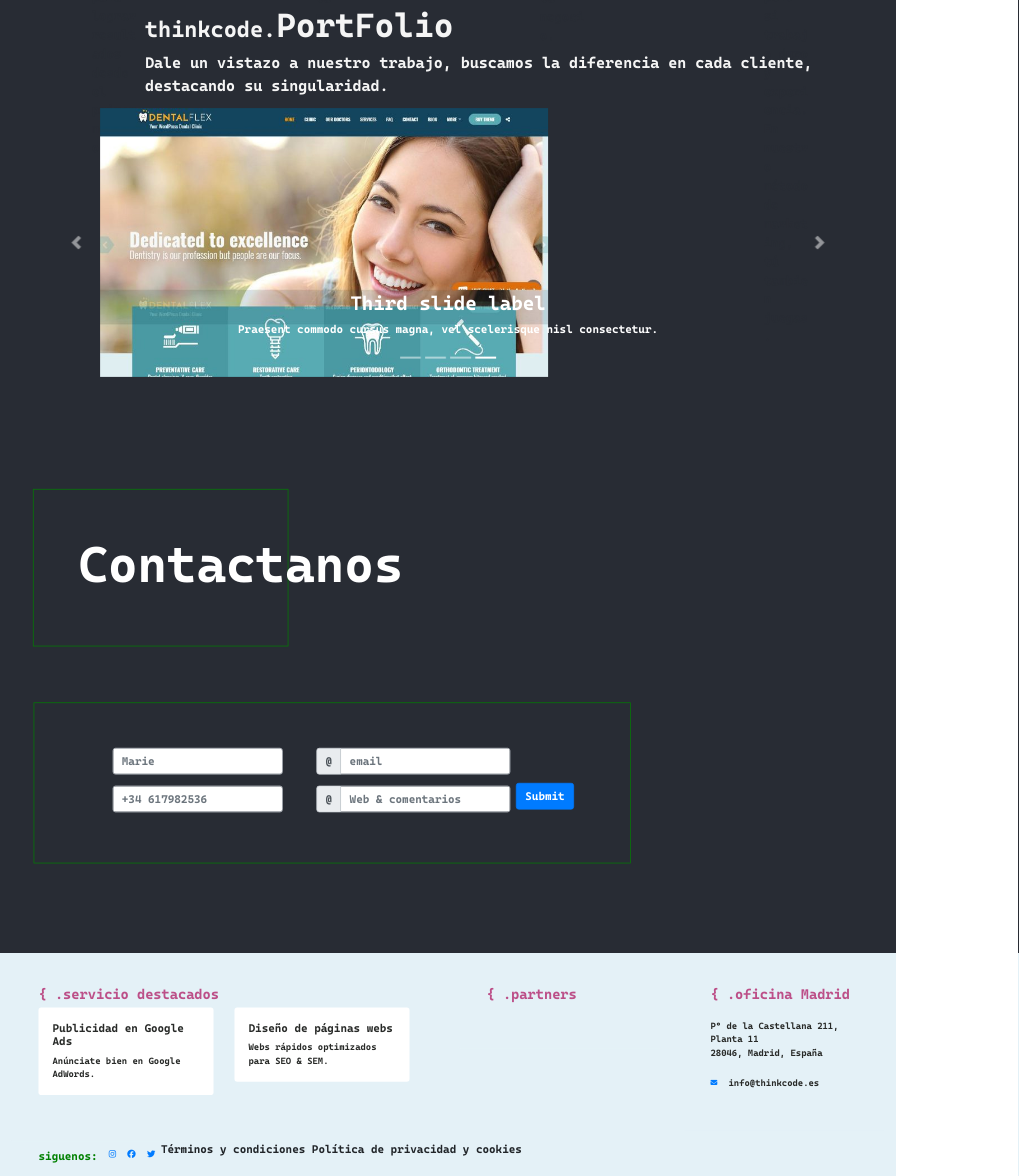
Repository: banchiec/thinkcode
Page: /
An editor plug-in stored every save of this project. The page is shown before and after the next save, followed by the edit.
The browser window is 1280 px wide. The page is 1455 px wide, so the pictures cover 1455 px, including what lies to the right of the window. The pictures show the part of the page from y = 2229 to 3909 px (the page is 3909 px tall before and 3605 px after), at 70% of full size.
Some web libraries are served in a nearby version. The project was rebuilt for these pictures with package versions that can differ from the ones it lists, and the page was loaded fresh each time. A package was used in the major version that the imports need, not the one package.json lists. Also part of the build but not shown: src/components/MenuItems.js, src/components/Dropdownthink.css, src/components/Dropdownthink.js, src/components/pages/Consulting.js, src/components/pages/ContactUs.js, src/components/pages/Marketing.js, src/components/pages/Products.js, src/components/pages/Services.js and 1 more. Imported but missing from the stored project, and not drawn on this page: src/components/sliderInfo/SliderInfo.

Above is the page before, as saved 2020-11-30 15:01:43.

### public/index.html
<!DOCTYPE html>
<html lang="en">
  <head>
    <meta charset="utf-8" />
    <link rel="icon" href="%PUBLIC_URL%/favicon.ico" />
    <meta name="viewport" content="width=device-width, initial-scale=1" />
    <meta name="theme-color" content="#000000" />
    <meta
      name="description"
      content="Web site created using create-react-app"
    />
    <link rel="apple-touch-icon" href="%PUBLIC_URL%/logo192.png" />

    <!-- fontawesome -->
    <script src="https://kit.fontawesome.com/e7a02c1b14.js" crossorigin="anonymous"></script>
    <!-- jquery -->
    <script src="https://code.jquery.com/jquery-2-2.0.min.js"></script>
    <!--
      manifest.json provides metadata used when your web app is installed on a
      user's mobile device or desktop. See https://developers.google.com/web/fundamentals/web-app-manifest/
    -->
    <link rel="manifest" href="%PUBLIC_URL%/manifest.json" />
    <!--
      Notice the use of %PUBLIC_URL% in the tags above.
      It will be replaced with the URL of the `public` folder during the build.
      Only files inside the `public` folder can be referenced from the HTML.

      Unlike "/favicon.ico" or "favicon.ico", "%PUBLIC_URL%/favicon.ico" will
      work correctly both with client-side routing and a non-root public URL.
      Learn how to configure a non-root public URL by running `npm run build`.
    -->
    <title>React App</title>
  </head>
  <body>
    <noscript>You need to enable JavaScript to run this app.</noscript>
    <div id="root"></div>
    <!--
      This HTML file is a template.
      If you open it directly in the browser, you will see an empty page.

      You can add webfonts, meta tags, or analytics to this file.
      The build step will place the bundled scripts into the <body> tag.

      To begin the development, run `npm start` or `yarn start`.
      To create a production bundle, use `npm run build` or `yarn build`.
    -->


  </body>
</html>

### src/index.css
body {
  margin: 0;
  font-family: -apple-system, BlinkMacSystemFont, 'Segoe UI', 'Roboto', 'Oxygen',
    'Ubuntu', 'Cantarell', 'Fira Sans', 'Droid Sans', 'Helvetica Neue',
    sans-serif;
  -webkit-font-smoothing: antialiased;
  -moz-osx-font-smoothing: grayscale;
}

code {
  font-family: source-code-pro, Menlo, Monaco, Consolas, 'Courier New',
    monospace;
}
@font-face{
  font-family: 'CascadiaCode-Bold';
  src: local('CascadiaCode-Bold'), url(./fonts/CascadiaCode-Bold.ttf)
}

### src/App.js
import './App.css';
// import logo_thinkcode from './logo_thinkcode.png'
import React, {} from 'react'
import 'animate.css'
import Navbarthink from './components/Navbarthink'
import InfoSection from './components/infoSection/InfoSection'
import Pricing from './components/pricing/Pricing'
import Footer from './components/footer/Footer'
import Slide from './components/slide/Slide'
import FormContact from './components/forms/FormContact'
import {BrowserRouter as Router, Switch, Route} from 'react-router-dom'


// import Button  from 'react-bootstrap/Button'
// import 'bootstrap/dist/css/bootstrap.min.css'

// import {Navbar,Button, Nav , NavLink} from 'react-bootstrap'

import Consulting from './components/pages/Consulting'
import ContactUs from './components/pages/ContactUs'
import Home from './components/pages/Home'
import Marketing from './components/pages/Marketing'
import Products from './components/pages/Products'
import Services from './components/pages/Services'
import SignUp from './components/pages/SignUp'
// import InfoSection from './components/infoSection/InfoSection';

function App() {

  // const [click, setClick] = useState(false)
  // const [dropdown, setDropdown] = useState(false)




  return (
    <div className="App">
      <Router>
        <Navbarthink/>
        <Switch>
          <Route path='/consulting' exact component ={Consulting}></Route>
          <Route path='/contact-us' exact component ={ContactUs}></Route>
          <Route path='/' exact component ={Home}></Route>
          <Route path='/marketing' exact component ={Marketing}></Route>
          <Route path='/products' exact component ={Products}></Route>
          <Route path='/services' exact component ={Services}></Route>
          <Route path='/sign-up' exact component ={SignUp}></Route>
        </Switch>
        <InfoSection></InfoSection>
        <Pricing></Pricing>
        <Slide/>
        <FormContact></FormContact>
        <Footer/>
      </Router>

    </div>
  );
}

export default App;

### src/App.css
*{
  box-sizing: border-box;
  margin: 0;
  padding: 0;
  font-family: CascadiaCode-Bold;
  /* background: #282c34 ; */
  /* background: linear-gradient(90deg, rgb(76, 80, 88) 100%, rgb(8, 8, 9) 0%); */
}

.App {
  text-align: center;
  background: #282c34 ;
}

.App-logo {
  height: 40vmin;
  pointer-events: none;
}

.home, .services, .products,.contact-us,.sign-up, .marketing, .consulting{
  display: flex;
  height: 90vh;
  align-items: center;
  justify-content: center;
  font-size: 3rem;
}





@media (prefers-reduced-motion: no-preference) {
  .App-logo {
    animation: App-logo-spin infinite 20s linear;
  }
}

.App-header {
  background-color: #282c34;
  min-height: 100vh;
  display: flex;
  flex-direction: column;
  align-items: center;
  justify-content: center;
  font-size: calc(10px + 2vmin);
  color: white;
}

.App-link {
  color: #61dafb;
}

@keyframes App-logo-spin {
  from {
    transform: rotate(0deg);
  }
  to {
    transform: rotate(360deg);
  }
}

### src/components/Navbarthink.js
import React, { useState} from 'react'
import logo_thinkcode from '../images/logo_thinkcode.png'
// import logo_thinkcode from '../images/logo_thinkcode.png'
import { Buttonthink} from './Buttonthink'
import {Link} from 'react-router-dom'
import './Navbarthink.css'
import Dropdownthink from './Dropdownthink'

export default function Navbarthink(){
    const [click, setClick] = useState(false)
    const [dropdown, setDropdown] = useState(false)

    const handleClick = () => setClick(!click)
    const closeMobileMenu = () => setClick(false)

    const onMouseEnter = () =>{
        if(window.innerWidth < 960) {
        setDropdown(false)
        } else {
        setDropdown(true)
        }
    }
    const onMouseLeave = () =>{
        if(window.innerWidth < 960) {
        setDropdown(false)
        } else {
        setDropdown(false)
        }
    }

    return(
        <>
            <nav className="navbarthink">
                <Link to='/' className="navbar-logo">
                    {/* thinkcode */}
                    <img alt="" src={logo_thinkcode} width="300" height="40"></img>
                </Link>
                <div className='menu-icon' onClick={handleClick}>
                    <i className={click ? 'fas fa-times' : 'fas fa-bars'}
                    />
                </div>
                <ul className={ click ? 'nav-menu active' : 'nav-menu'}>

                    <li className='nav-item'>
                        <Link to='/' className='nav-links' onClick={closeMobileMenu}>
                            Home
                        </Link>
                    </li>
                    <li className='nav-item'
                        onMouseEnter={onMouseEnter}
                        onMouseLeave={onMouseLeave}
                        // onClick={handleClick}
                        >
                        <Link to='/services' className='nav-links' onClick={closeMobileMenu}>
                           Services
                           <i className='fas fa-caret-down' />
                        </Link>
                        {dropdown && <Dropdownthink/>}
                    </li>
                    <li className='nav-item'>
                        <Link to='/products' className='nav-links' onClick={closeMobileMenu}>
                            Products
                        </Link>
                    </li>
                    <li className='nav-item'>
                        <Link to='/contact-us' className='nav-links' onClick={closeMobileMenu}>
                           Contact Us
                        </Link>
                    </li>
                    <li className='nav-item'>
                        <Link to='/sign-up' className='nav-links-mobile' onClick={closeMobileMenu}>
                           Sign up
                        </Link>
                    </li>

                </ul>
                <Buttonthink />
            </nav>
        </>
    )

}

### src/components/infoSection/InfoSection.js
import React from 'react'
// import {AlltextInfoSection} from './AlltextInfoSection'
import imagensvg3 from '../../images/imagensvg3.svg'
import 'bootstrap/dist/css/bootstrap.min.css'
import './infoSection.css'
import {Col, Container,Row,} from 'react-bootstrap'

export default function InfoSection() {

    return (
            <Container fluid  className="content-infoSection">
                <Row>
                    {
                        // AlltextInfoSection.map((item,index) => {
                        //     return (
                        //         <Row>
                        //         <Col  md={6} lg={6} >
                        //             {/* <h1 key={index}>{item.firstTitle}</h1> */}
                        //             <div className="content-text-infoSection">
                        //                 <h2 >{item.firstTitle}<span className="text-title-infoSection animate__animated animate__fadeInLeft animate__delay-1s">{item.secundTitle}</span></h2>
                        //                 <p className="text-infoSection">{item.text}</p>
                        //             </div>
                        //         </Col>
                        //         <Col  md={6} lg={6}  >
                        //             <img  className="imagensvg-infoSection" alt="" src={imagensvg3}></img>
                        //         </Col>
                        //         </Row>
                        //     )
                        // })
                    }

                    <Col  md={6} lg={6} >
                        <div className="content-text-infoSection">
                            <h2 >thinkcode.<span className="text-title-infoSection animate__animated animate__fadeInLeft animate__delay-1s">developers</span></h2>
                            <p className="text-infoSection">Diseño y desarrollo de aplicaciones y páginas web para tu negocio o proyecto.
                            Disfrutamos mucho con lo que hacemos, compruébalo.</p>
                        </div>
                    </Col>
                    <Col  md={6} lg={6}  >
                        <img  className="imagensvg-infoSection" alt="" src={imagensvg3}></img>
                    </Col>

                </Row>

            </Container >
            // <Container fluid  className="content-infoSection">
            //     <Row>
            //         <Col  md={6} lg={6} >
            //             <div className="content-text-infoSection">
            //                 <h2 >thinkcode.<span className="text-title-infoSection animate__animated animate__fadeInLeft animate__delay-1s">developers</span></h2>
            //                 <p className="text-infoSection">Diseño y desarrollo de aplicaciones y páginas web para tu negocio o proyecto.
            //                 Disfrutamos mucho con lo que hacemos, compruébalo.</p>
            //             </div>
            //         </Col>
            //         <Col  md={6} lg={6}  >
            //             <img  className="imagensvg-infoSection" alt="" src={imagensvg3}></img>
            //         </Col>

            //     </Row>

            // </Container >
    )
}

### src/components/forms/FormContact.js
import React from 'react'
import './FormContact.css'
import { Container, Col, Row, Form, InputGroup,Button, FormControl } from 'react-bootstrap'

export default function FormContact() {
    return (
        <div>
            <Container fluid >
                <Row>
                    <Col lg ={4} md={4}>
                        <div className="text-contactanos text-white">
                           <h1 className= "display-3">Contactanos</h1>
                        </div>
                    </Col>
                    <Col lg={8} className ="container-form" md={8}>
                        <Form inline>
                            <Form.Label htmlFor="inlineFormInputName2" className="" srOnly>
                                Name
                            </Form.Label>
                            <Form.Control
                                className="mb-2 mr-sm-5 ml-5"
                                id="inlineFormInputName2"
                                placeholder="Marie"
                            />
                            <Form.Label htmlFor="inlineFormInputGroupUsername2" srOnly>
                                email
                            </Form.Label>
                            <InputGroup className="mb-2 mr-sm-2">
                                <InputGroup.Prepend>
                                <InputGroup.Text>@</InputGroup.Text>
                                </InputGroup.Prepend>
                                <FormControl id="inlineFormInputGroupUsername2" placeholder="email" />
                            </InputGroup>
                        </Form>
                        <Form inline>
                            <Form.Label htmlFor="inlineFormImputName3" srOnly>
                                phone
                            </Form.Label>
                            <Form.Control
                                className="ml-5 "
                                id="inlineFormImputName3"
                                placeholder="+34 617982536"
                            />
                            <Form.Label htmlFor="inlineFormInputGroupUsername3" srOnly>
                                Web & comentarios
                            </Form.Label>
                            <InputGroup className="mb-2 mt-2 mr-sm-2 ml-5">
                                <InputGroup.Prepend>
                                <InputGroup.Text>@</InputGroup.Text>
                                </InputGroup.Prepend>
                                <FormControl id="inlineFormInputGroupUsername3" placeholder="Web & comentarios" />
                            </InputGroup>
                            <Button type="submit" className="mb-2">
                                Submit
                            </Button>

                        </Form>
                    </Col>
                </Row>

            </Container>

        </div>
    )
}

### src/components/pages/Home.js
import React,{useEffect} from 'react'
import '../sliderInfo/SliderInfo'

export default function Home() {

    useEffect(()=>{
    })
    return (
        <div>
            {/* <InfoSection></InfoSection> */}
            {/* <Pricing></Pricing> */}
            {/* <Slide/> */}
            {/* <Footer/> */}

           {/* <h1 className='consulting' >Thinkcode</h1> */}
        </div>
    )
}

### src/components/Buttonthink.js
import React  from 'react'
import './Buttonthink.css'
import {Link} from 'react-router-dom'

export function Buttonthink() {
        return (
            <Link to ='sing-up'>
               <button className='btnthink'>Sign think </button>
            </Link>
        )
}

### src/components/Navbarthink.css
.navbarthink{
  /* background: linear-gradient(9deg, rgb(66, 80, 88) 0%, rgb(8, 8, 9) 100%); */
  background: #282c34;

  height: 80px;
  display: flex;
  justify-content: center;
  align-items: center;
  font-size: 1.2rem;
}

.navbar-logo {
  color: #fff;
  justify-self: start;
  margin-left: 40px;
  cursor: pointer;
  text-decoration: none;
}

.fa-firstdraft {
  margin-left: 0.5rem;
  font-size: 1.6rem;
}

.nav-menu {
  display: grid;
  grid-template-columns: repeat(5, auto);
  grid-gap: 10px;
  list-style: none;
  text-align: center;
  width: 70vw;
  justify-content: end;
  margin-right: 2rem;
}

.nav-item {
  display: flex;
  align-items: center;
  height: 80px;
}

.nav-links {
  color: white;
  text-decoration: none;
  padding: 0.5rem 1rem;
}

.nav-links:hover {
  background-color: #1888ff;
  border-radius: 4px;
  transition: all 0.2s ease-out;
}

.fa-bars {
  color: #fff;
}

.nav-links-mobile {
  display: none;
}

.menu-icon {
  display: none;
}

@media screen and (max-width: 960px) {
  /* .text-propuesta {
    margin-top: 12rem;
  } */

  .fa-caret-down {
    display: none;
  }
  .NavbarItems {
    position: relative;
  }

  .nav-menu {
    display: flex;
    flex-direction: column;
    width: 100%;
    height: 90vh;
    position: absolute;
    top: 80px;
    left: -100%;
    opacity: 1;
    transition: all 0.9s ease;
  }

  .nav-menu.active {
    background: #2a2c30;
    left: 0;
    opacity: 1;
    transition: all 0.5s ease;
    z-index: 1;
  }

  .nav-links {
    text-align: center;
    padding: 2rem;
    width: 100%;
    display: table;
  }

  .nav-links:hover {
    background-color: #1888ff;
    border-radius: 0;
  }

  .navbar-logo {
    position: absolute;
    top: 0;
    left: 0;
    transform: translate(25%, 50%);
  }

  .menu-icon {
    display: block;
    position: absolute;
    top: 0;
    right: 0;
    transform: translate(-100%, 60%);
    font-size: 1.8rem;
    cursor: pointer;
  }

  .fa-times {
    color: #fff;
    font-size: 2rem;
  }

  .nav-links-mobile {
    display: block;
    text-align: center;
    padding: 1.5rem;
    margin: 2rem auto;
    border-radius: 4px;
    width: 80%;
    background: #1888ff;
    text-decoration: none;
    color: #fff;
    font-size: 1.5rem;
  }

  .nav-links-mobile:hover {
    background: #fff;
    color: #1888ff;
    transition: 250ms;
  }

  button {
    display: none;
  }
}

### src/components/infoSection/infoSection.css
.content-infoSection {
    /* padding: 0; */
    margin-top: 150px;
    background: #282c34 ;
    height: 700px;
    /* border: 1px solid rebeccapurple; */
}
.content-text-infoSection {
    margin-left: 12rem;
    margin-top: 8rem;
    text-align: start;
    /* border: 0; */
    /* padding: 0; */
    /* border: 1px solid whitesmoke; */
    color: whitesmoke;
}
.imagensvg-infoSection {
    padding: 0;
    /* border-right: 5px; */
    width: 800px;

}
.text-title-infoSection{
    font-size: 3rem;
    /* size: 12px; */
}
.text-infoSection {
    font-size: 22px;
}
@media screen and (max-width: 960px) {
    .content-infoSection {
        margin-top: 0px;
    }
    .text-infoSection{
        margin-top: 3rem;
        margin-left: 1rem;
        margin-right: 1rem;
    }
    .imagensvg-infoSection{
        margin-top: 5rem;
        width: 500px;
    }
    .content-text-infoSection {
        margin-left: 1rem;
    }
    .text-propuesta {
        margin-top: 15rem;
    }

}

### src/components/pricing/Pricing.css
.container-pricing {
    /* background-color: whitesmoke; */
    /* border: 1px solid white; */
    /* height:  800px; */
    background: linear-gradient(90deg, rgb(76, 80, 88) 100%, rgb(66, 66 66) 0%);
    /* z-index: -1; */
}
.container-card{
    padding-top: 4rem;
    align-content: center;
    padding: auto;
    text-align: start;
    /* height: 600px; */
    /* background-color: violet; */
    /* color: transparent; */
}
.card-pricing {
    /* width: 34rem; */
    margin-left: 5rem;
    background: #deca30;
    /* background: #3b4454; */
    /* background: linear-gradient(90deg, rgb(224, 242, 241) 0%, rgb(255, 255, 255) 100%); */
    margin-right: 3rem;
    height: 52rem;
}
.card-left {
    margin-top: 4rem;
}
.card-right {
    margin-top: 4rem;
}
.card-button {
    /* margin-top: 3rem; */
    /* margin-left: 13rem; */
    position: absolute;
    right: 13px;
    bottom: 18px;
    color: whitesmoke;
}
.text-card {
    padding-top: 1.5rem;
    padding-left: 1rem;
    padding-right: 2.5rem;
    color: #282c34;
    font-size: 18px;
}
.image-pricing {
    height: 15rem;
    width: 80%;
    align-self: center;
}
.title-card {
    /* padding-top: 0.2rem; */
    padding-left: 1rem;
    color: #282c34;
    font-size: 28px;
}
.text-propuesta {
    margin: 0 0.5rem;
    animation: bounce;
    animation-duration: 2s;
    color: whitesmoke;
    font-size: 3rem;
}

@media screen and (max-width: 960px){
    .text-propuesta{
        margin-top: 12rem;
    }
}

### src/components/footer/Footer.css
.container-footer {
    border: 0;
    /* padding: 0; */
    /* border: 1px solid green; */
    height: auto;
    background: #e4f1f7;
}
.card{
    /* padding-bottom: 22px; */
    border: 0;
    /* background: white; */
    text-align: left;
    font-size: small;
    width: auto;
    /* background: #deca30; */
}
.card-footer {
    padding-top: 10px;
    padding-bottom: 22px;
    border: 0;
    color: #282a28;
    background: #e4f1f7;
}
.text-card-footer  {
    padding: 0;
    margin-top: 1.5rem;
    font-size: small;
    text-align: start;
}
.title-footer{
    text-align: left;
    font-size: medium;
}
.title-card-footer {
    margin-top: 1rem;
    text-align: left;
    color: #bc4f88;
}
.pin-ic{
    margin-top: 12px;
    margin: 8px;
    position:center;
}

.pin-ic-enveloped{
    margin-top: 12px;
    /* margin: 8px; */
    margin-right: 1rem;
    position:center;
}
.iconos-redes-sociales{
    position: relative;
    margin-left: 2.5rem;
}
.text-siguenos{
    margin-top: 10px;
    margin-right: 8px;
    color: green;

}

### src/components/slide/Slide.css
.container-slider {
    margin-top: 10rem;
    border-top: 5rem;
    margin-bottom: 5rem;
}
.d-block {
    margin-left: 8rem;
    width: 40rem;
    height: 24rem;
    /* border:1px solid green; */
}

.container-secundary-slider .d-block {
    width: 20rem;
    height: 12rem;
    margin-left: 2rem;


}
.carousel-large {
    width: 100%;
}
@media screen and (max-width: 960px) {
    .d-block {
        margin-left: auto;
    }

}

### src/components/forms/FormContact.css
.container-form {
    border:1px solid green;
    /* margin: 5rem; */
    margin-top: 5rem;
    margin-bottom: 8rem;
    margin-left: 3rem;

    padding: 4rem;

    /* margin-left: 10rem; */
}
.text-contactanos {
    border: 1px solid green;
    padding: 4rem;
    /* margin-right: 10rem ; */
    margin-left: 2rem;
    margin-top: 5rem;
    font-size: 4rem;
}

### src/components/Buttonthink.css
:root{
    --primary: #1888ff;
}
.btnthink{
    padding: 8px 20px;
    border-radius: 4px;
    outline: none;
    border: none;
    font-size: 18px;
    color: #fff;
    cursor: pointer;
    background-color: var(--primary);
}
.btnthink:hover {
    padding: 6px 18px;
    transition: all 1.5s ease-out;
    background-color: transparent;
    color: #2a2a2a;
    border-radius: 4px;
    border: 2px solid var(--primary)
}

Loaded but not shown: src/index.js (common file); src/components/footer/Footer.js (102 lines, source omitted); src/components/pricing/Pricing.js (84 lines, source omitted); src/components/slide/Slide.js (84 lines, source omitted)

After the next save:
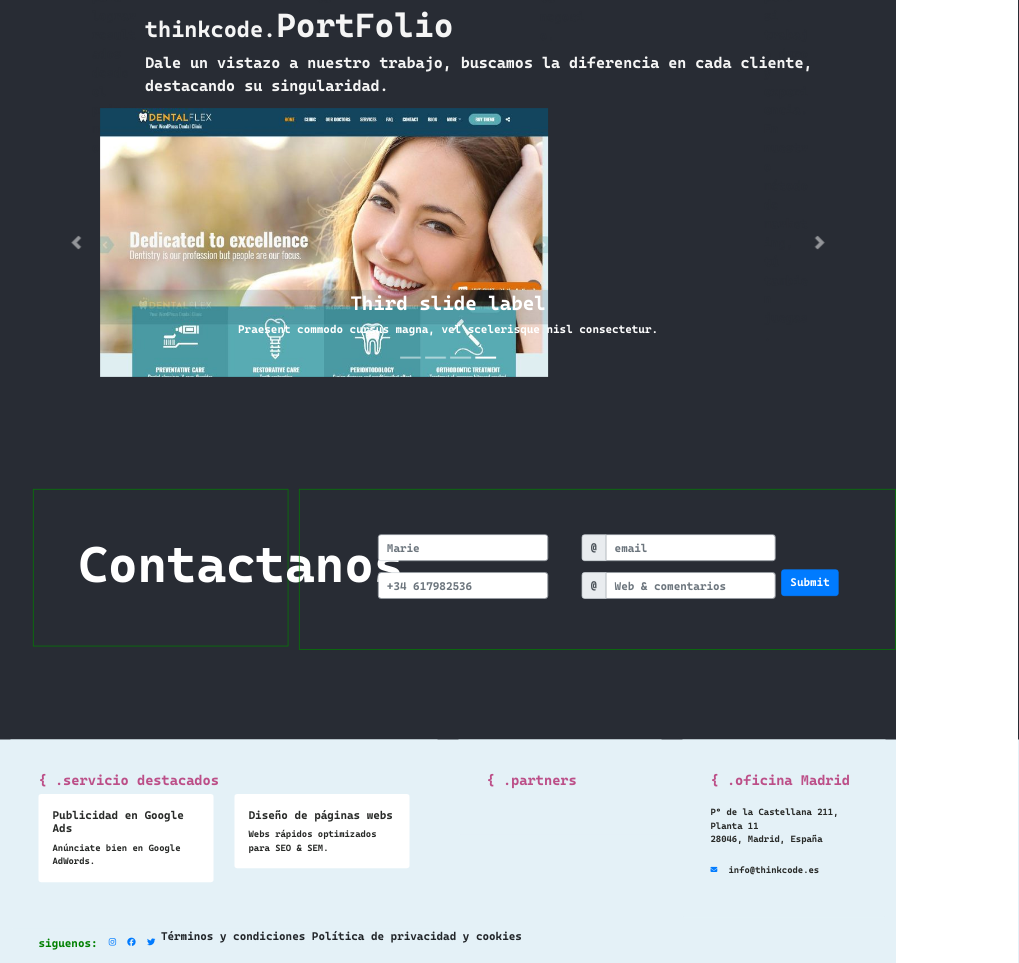
Saved 9 s later.
--- a/src/components/forms/FormContact.css
+++ b/src/components/forms/FormContact.css
@@ -3,8 +3,6 @@
     /* margin: 5rem; */
     margin-top: 5rem;
     margin-bottom: 8rem;
-    margin-left: 3rem;
-
     padding: 4rem;
 
     /* margin-left: 10rem; */
